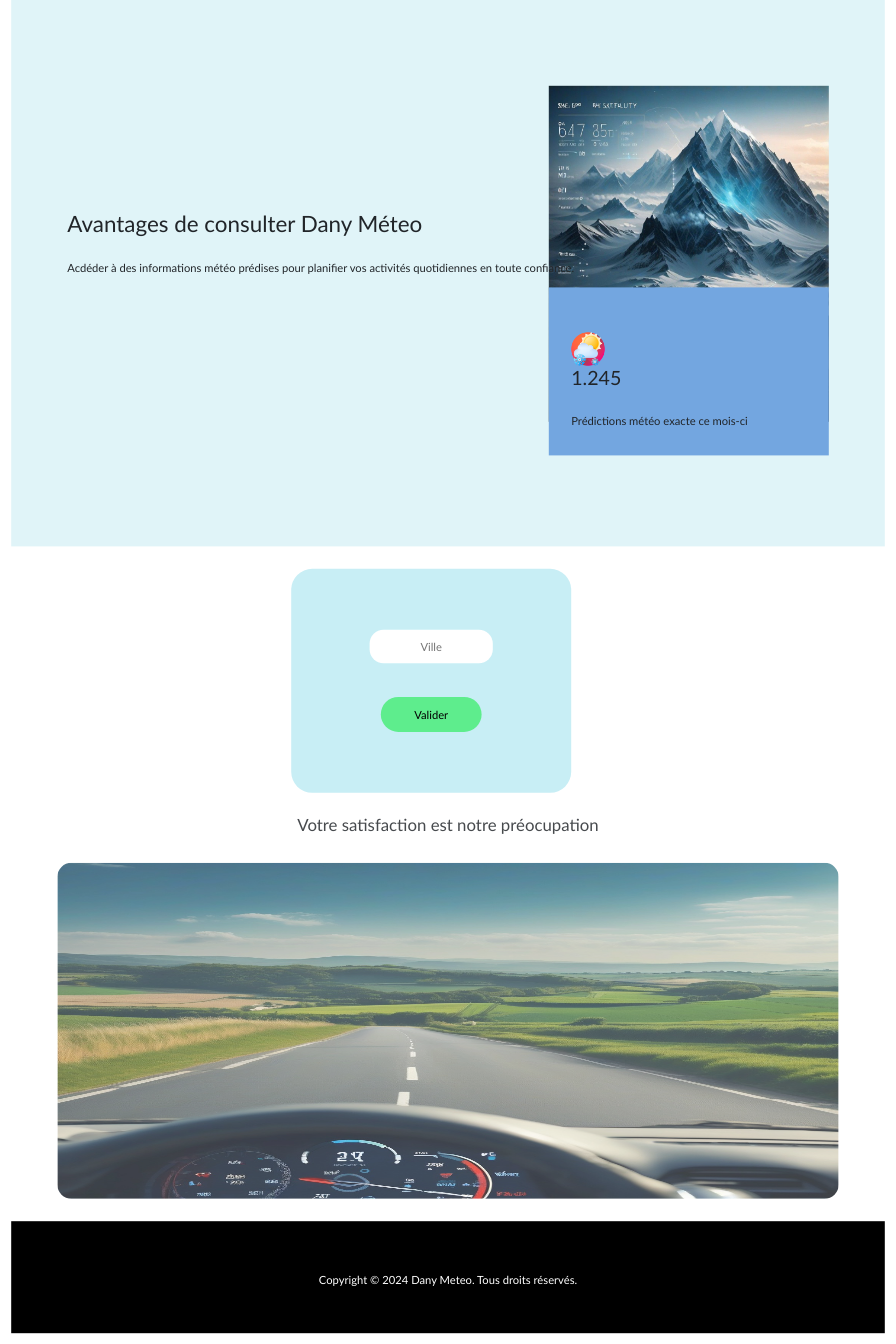
Repository: Dany-py/Meteo
Page: Meteo/templates/Accueil.html
An editor plug-in stored every save of this project. The page is shown before and after a run of saves, followed by the edit.
The browser window is 1280 px wide. The pictures show the part of the page from y = 1702 to 3622 px (the page is 3622 px tall), at 70% of full size.
The template is drawn by Django 5.2. The application's start-up code is not run. The template is opened directly, without the code that normally fills it, so the values that code supplies are empty.

Above is the page before, as saved 2024-11-27 14:35:12.

After the next 8 saves:
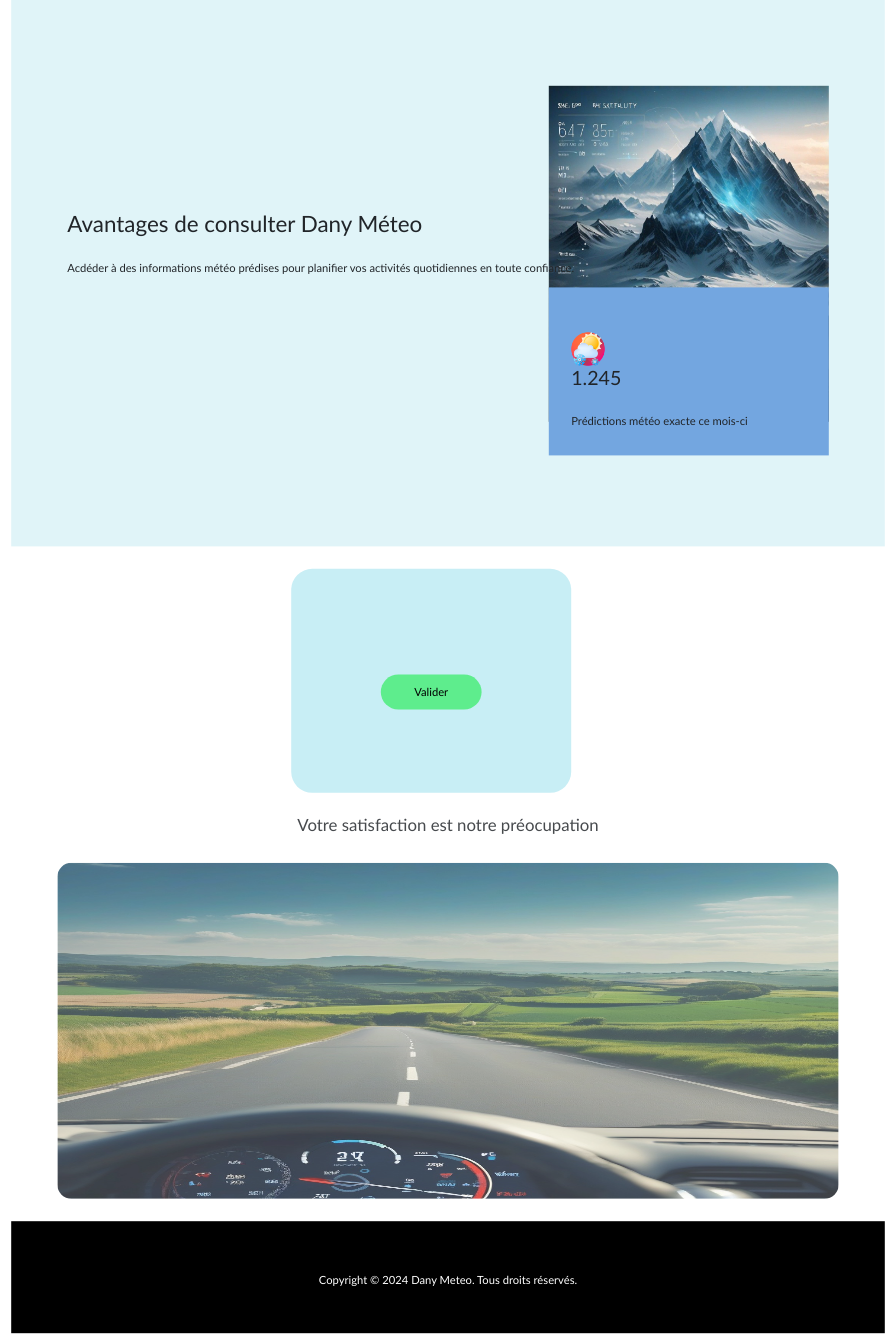
The 8 saves are shown as one change because they came seconds apart.
The last was saved 52 s later.
--- a/MeteoDjango/MeteoDjango/Meteo/templates/Accueil.html
+++ b/MeteoDjango/MeteoDjango/Meteo/templates/Accueil.html
@@ -96,6 +96,7 @@
     <div class = "row">
       <div class = "col-md-4"></div>
       <div class = "col-md-4" id = "main_div">
+        <p id="response"
         <input type="text" placeholder="Ville" id="input">
         <br><br>
         <button id = "btn">Valider</button>
